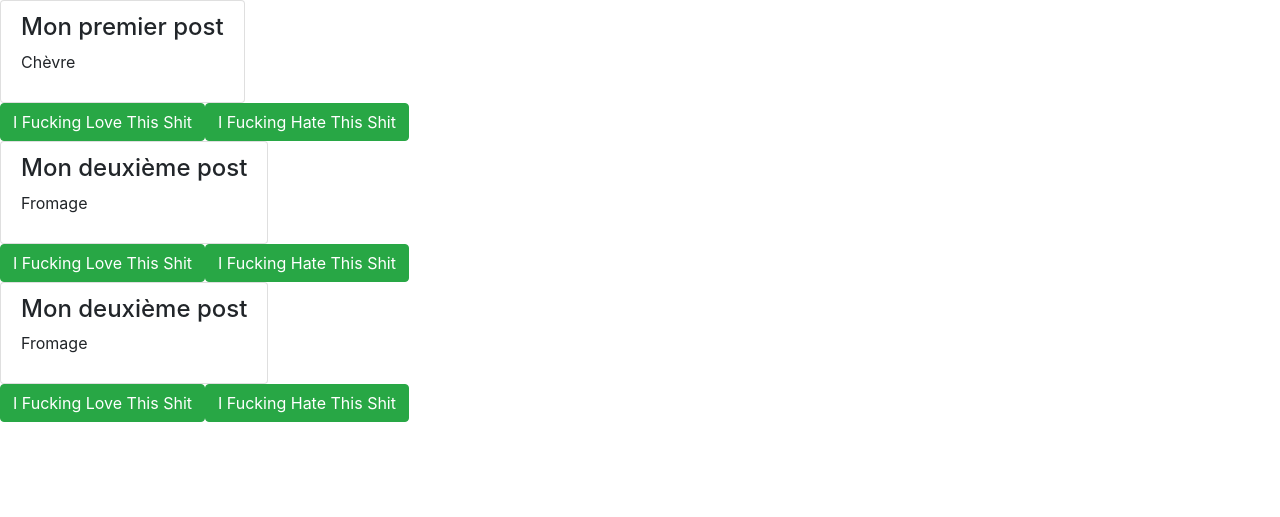
Repository: BillThePony/Ng-Blog-OC
Page: /
These files come from the project's save history. The page is drawn as it stood at one moment and after a run of saves; the edit follows.
The browser window is 1280 px wide. The pictures show the whole page.
The project was rebuilt for these pictures with package versions that can differ from the ones it lists, and the page was loaded fresh each time. Also part of the build but not shown: angular.json.

Above is the page before, as saved 2018-10-09 18:09:45.

After the next 2 saves:
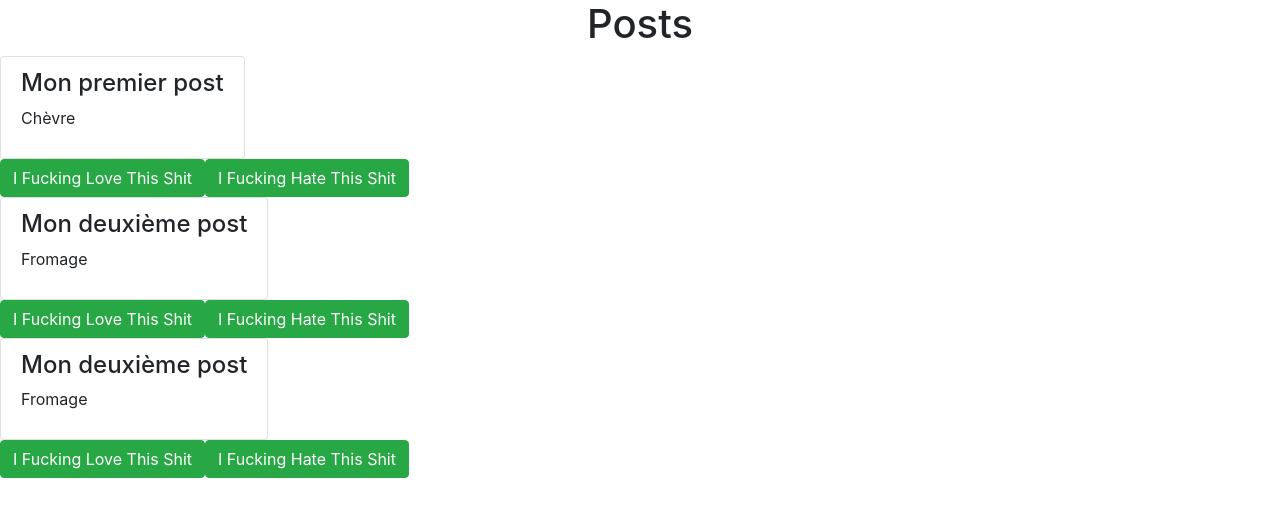
The 2 saves are shown as one change because they came seconds apart.
The last was saved 37 s later.
--- a/src/app/app.component.html
+++ b/src/app/app.component.html
@@ -1 +1,7 @@
+<div style="text-align:center">
+  <h1>
+    Posts
+  </h1>
+</div>
+
 <app-post-list [postTableau]="arrayPost"></app-post-list>
